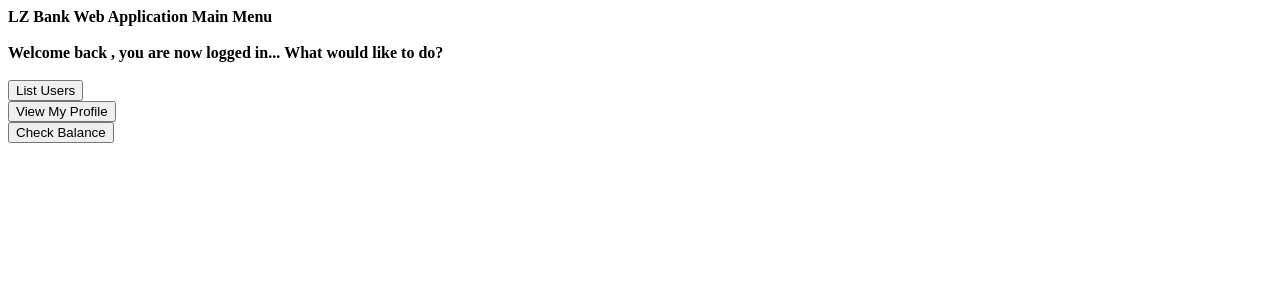
Repository: kingron98/SoftEng-Bank-Web-Application-
Page: http://localhost/SE3_BankWebApp/loginSuccess.jsp
An editor plug-in stored every save of this project. The page is shown before and after the next save, followed by the edit.
The browser window is 1280 px wide. The pictures show the whole page.
The page is served by Tomcat 9.

Above is the page before, as saved 2020-12-11 20:17:05.

After the next save:
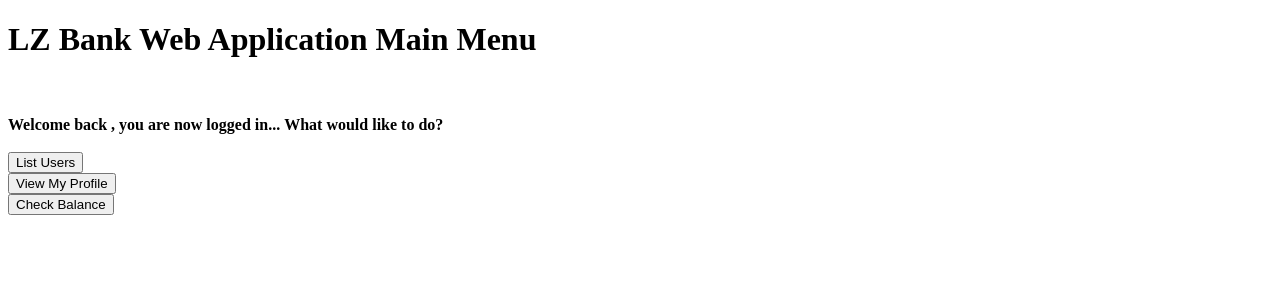
Saved 2 min 7 s later.
--- a/SE3 Bank App/Java/Workspace/SE3_BankWebApp/WebContent/loginSuccess.jsp
+++ b/SE3 Bank App/Java/Workspace/SE3_BankWebApp/WebContent/loginSuccess.jsp
@@ -11,7 +11,7 @@
 </head>
 
 <body>
-	<b>LZ Bank Web Application Main Menu</b>
+	<h1>LZ Bank Web Application Main Menu</h1>
 
 	<br/><br/>
 
